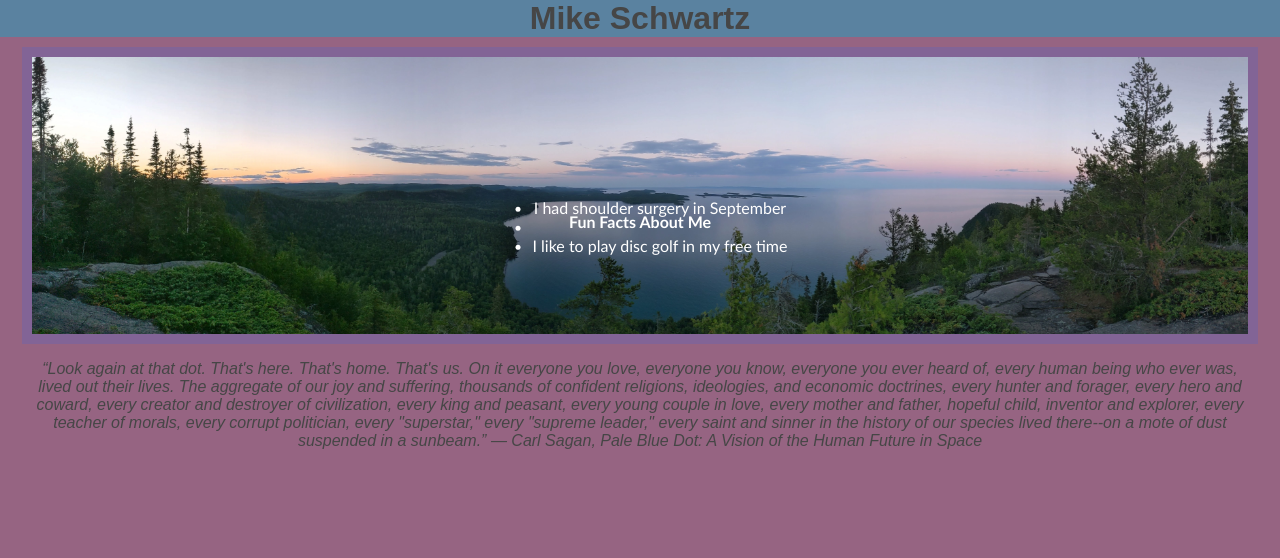
Repository: Ellusionism/prime-pw-week-1-assignment
Page: assignment/index.html
The author's editor kept a copy of each file at every save. The page is drawn from the files as they stood at one save, then again after the next save.
The browser window is 1280 px wide. The pictures show the whole page.

Above is the page before, as saved 2022-10-26 16:15:33.

### assignment/index.html
<!DOCTYPE html>
<html>
<head>
    <meta charset="utf-8" />
    <meta http-equiv="X-UA-Compatible" content="IE=edge">
    <!-- Change the <title> from "Page Title" to "Hello World" -->
    <title>Hello World</title>
    <meta name="viewport" content="width=device-width, initial-scale=1">

    <link rel="stylesheet" type="text/css" media="screen" href="style.css" />
</head>
<body>
    <!-- Create a header element  -->
    <header>
        <h1 class="name">Mike Schwartz</h1>
    </header>
    <!-- Inside the header, add an <h1> element containing your name -->

    <!-- Include an image -->
    <div class="container">
        <img src="mtjosephine.jpg" alt="Mount Josephine summit view" class="img">
        <h4 class="fun-facts">Fun Facts About Me</h4>
        <ul class="fun-facts">
            <li>I had shoulder surgery in September</li>
            <li></li>
            <li>I like to play disc golf in my free time</li>
        </ul>
    </div>
    <!-- Create an unordered list with 3 list items of fun facts about you -->

    <!-- Create a footer element -->
    <footer class="fav-quote clearfix">
        <p>“Look again at that dot. That's here. That's home. That's us. On it everyone you love, everyone you know, everyone you ever heard of, every human being who ever was, lived out their lives. The aggregate of our joy and suffering, thousands of confident religions, ideologies, and economic doctrines, every hunter and forager, every hero and coward, every creator and destroyer of civilization, every king and peasant, every young couple in love, every mother and father, hopeful child, inventor and explorer, every teacher of morals, every corrupt politician, every "superstar," every "supreme leader," every saint and sinner in the history of our species lived there--on a mote of dust suspended in a sunbeam.”
            ― Carl Sagan, Pale Blue Dot: A Vision of the Human Future in Space</p>
    </footer>
    <!-- Inside your footer, put a <p> element with your favorite quote -->
</body>
</html>

### assignment/style.css
/* Give your page a fun background color */
body {
 background-color: rgb(150, 100, 130);
 margin: 0;
 font-family: Arial, Helvetica, sans-serif;
}
/* Make the header and footer a different color from the background */
header {
 background-color: rgb(90, 130, 160);
 margin-bottom: 10px;
}
/* Align the h1 containing your name in the center of the header*/
.name {
 color:rgb(70, 70, 70);
 text-align: center;
 margin: 0;
}
/* Make your p tag a different color and italic */
.fav-quote {
 margin: 0 2.5%;
 color: rgb(70, 70, 70);
 font-style: italic;
 text-align: center;

}
/* Put a border around your image */
.img {
 border: 10px solid  rgb(130, 100, 150);
 padding: 0;
 display: block;
 margin: auto;
 max-height: 100%;
 max-width: 95%;
}
/* Change the font-family of your list */
.fun-facts {
 color: #fff;
 font-family:'Gill Sans', 'Gill Sans MT', Calibri, 'Trebuchet MS', sans-serif;
 position: absolute;
 top: 50%;
 left: 50%;
 transform: translate(-50%, -25%);
}
 .container {
  position: relative;
  text-align: center;
 }

After the next save:
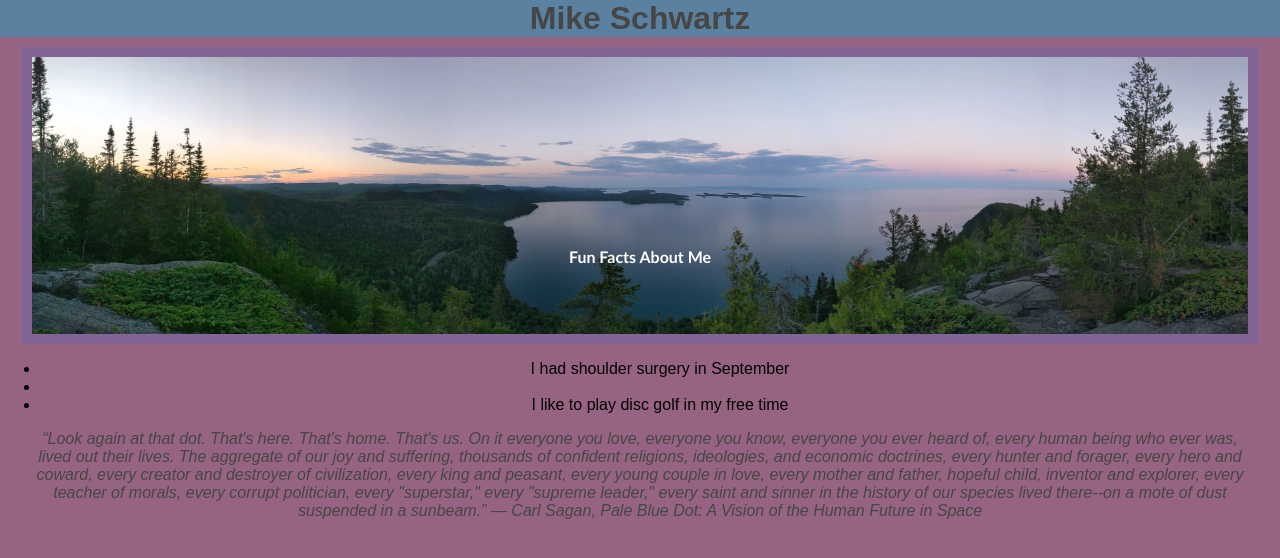
Saved 9 s later.
--- a/assignment/index.html
+++ b/assignment/index.html
@@ -20,7 +20,7 @@
     <div class="container">
         <img src="mtjosephine.jpg" alt="Mount Josephine summit view" class="img">
         <h4 class="fun-facts">Fun Facts About Me</h4>
-        <ul class="fun-facts">
+        <ul class="fun-facts-list">
             <li>I had shoulder surgery in September</li>
             <li></li>
             <li>I like to play disc golf in my free time</li>

After the 3 saves that followed:
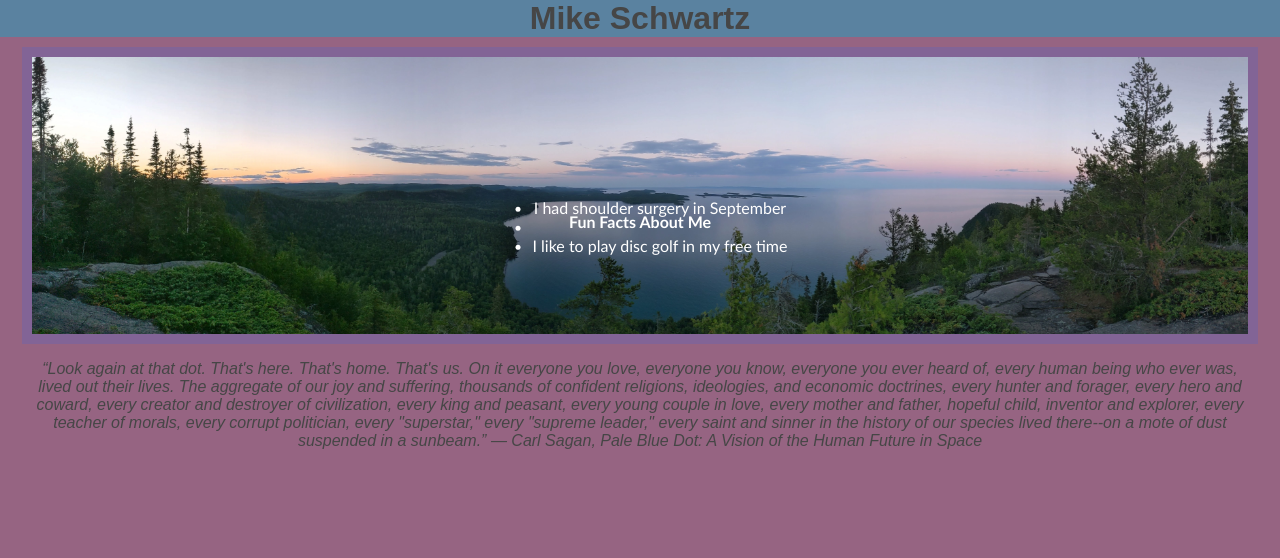
The 3 saves are shown as one change because 2 left the picture as it was.
The last was saved 22 s later.
--- a/assignment/style.css
+++ b/assignment/style.css
@@ -41,6 +41,16 @@ header {
  left: 50%;
  transform: translate(-50%, -25%);
 }
+
+.fun-facts-list {
+ color: #fff;
+ font-family:'Gill Sans', 'Gill Sans MT', Calibri, 'Trebuchet MS', sans-serif;
+ position: absolute;
+ top: 50%;
+ left: 50%;
+ transform: translate(-50%, -25%);
+}
+
  .container {
   position: relative;
   text-align: center;
